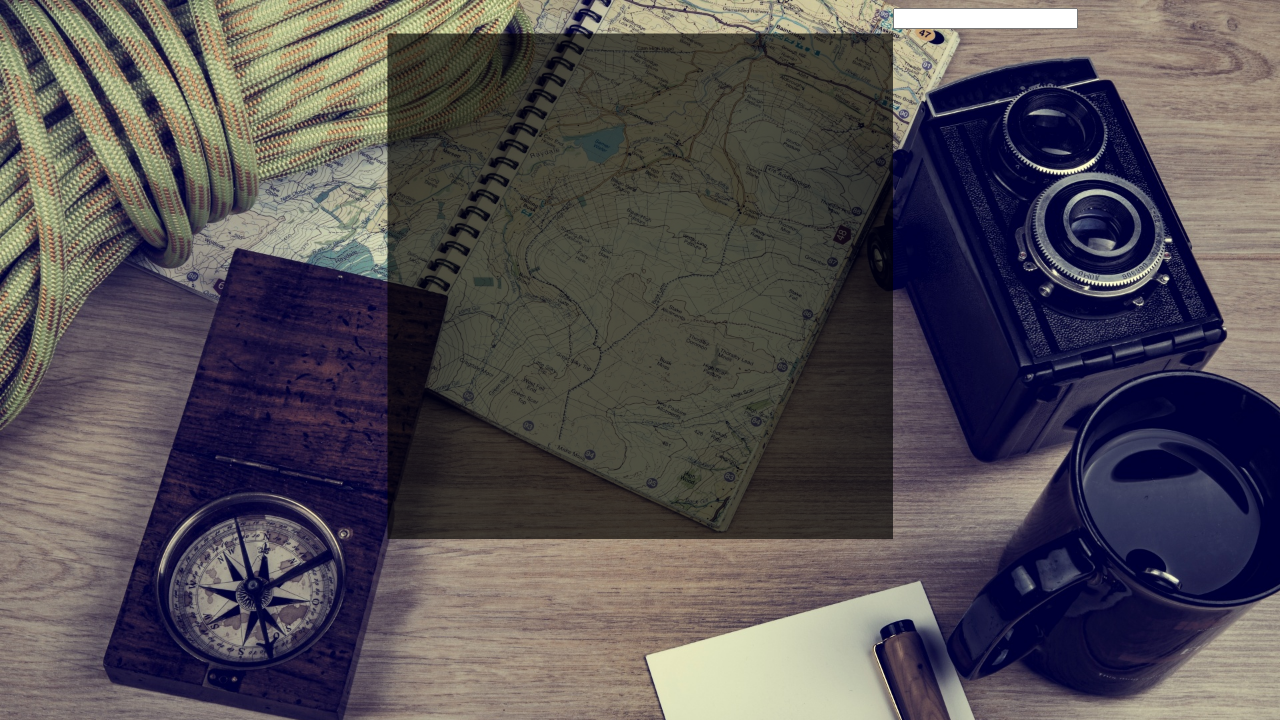
Repository: minkyung0421/jsp_travel_project
Page: http://localhost/Travel_Project/loginForm.jsp
The author's editor kept a copy of each file at every save. The page is drawn from the files as they stood at one save, then again after the next save.
The browser window is 1280 px wide. The pictures show the whole page.
The page is served by Tomcat 9.

Above is the page before, as saved 2018-08-20 01:49:55.

After the next save:
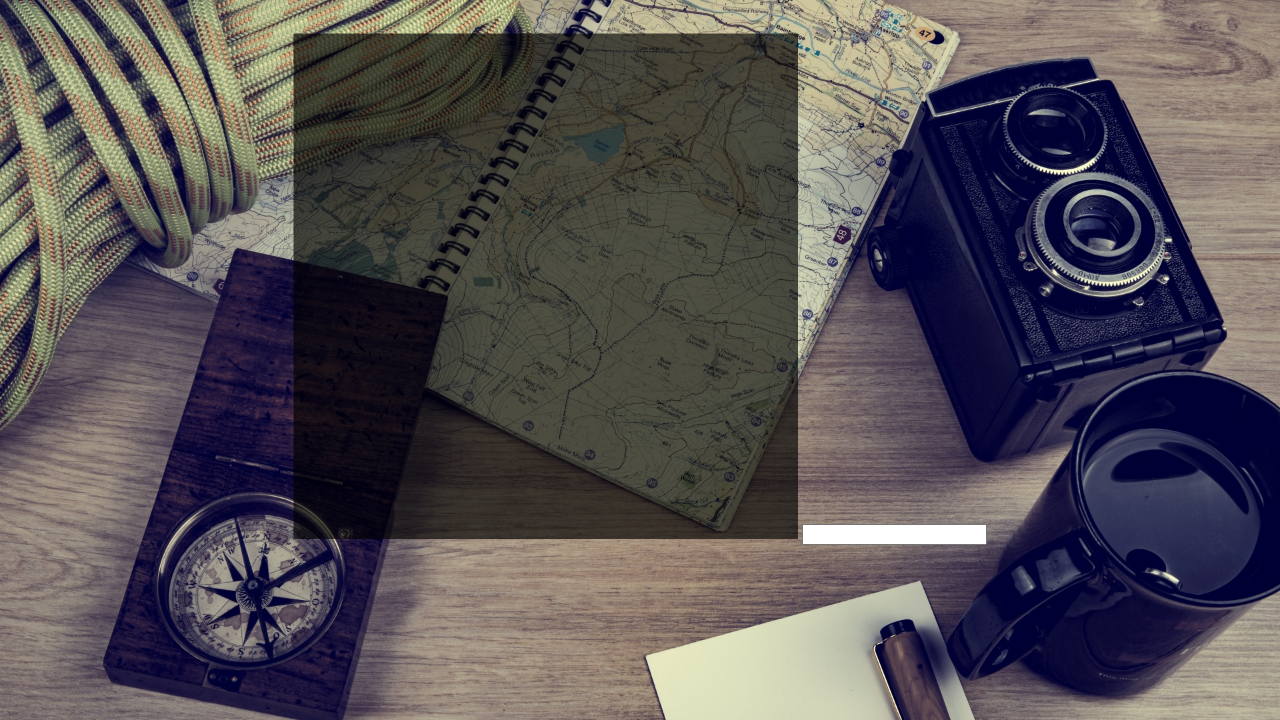
Saved 4 min 54 s later.
--- a/jsp_travel_project/Travel_Project/WebContent/loginForm.jsp
+++ b/jsp_travel_project/Travel_Project/WebContent/loginForm.jsp
@@ -14,15 +14,12 @@
 
 	}
 
-	input{
-		position: absolute;
-	}
 </style>
 <body>
 	<center>
 	<div>
 		<img src = "image/travel2_login.png" width="40%" height = "40%"
-		style = "margin-top: 2%; position: relative;">
+		style = "margin-top: 2%;">
 		<input type = "text">
 	</div>
 	</center>

After the save that followed:
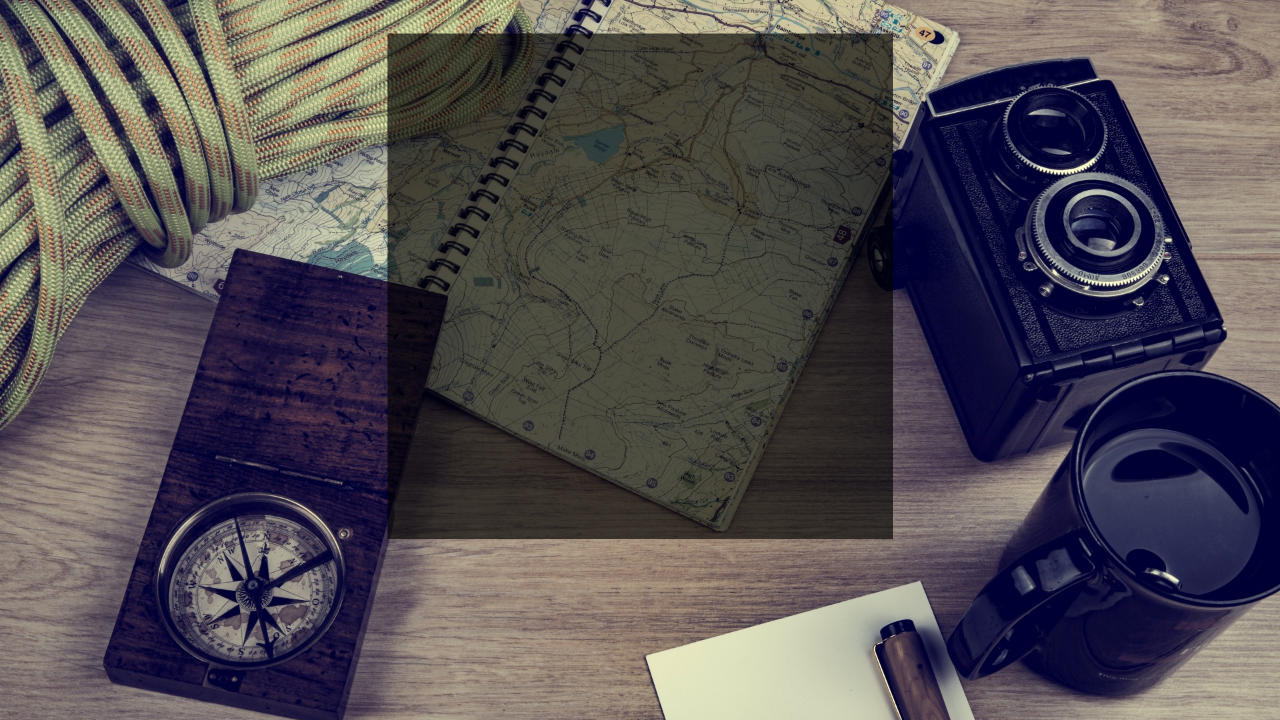
Saved 17 s later.
--- a/jsp_travel_project/Travel_Project/WebContent/loginForm.jsp
+++ b/jsp_travel_project/Travel_Project/WebContent/loginForm.jsp
@@ -20,7 +20,6 @@
 	<div>
 		<img src = "image/travel2_login.png" width="40%" height = "40%"
 		style = "margin-top: 2%;">
-		<input type = "text">
 	</div>
 	</center>
 </body>
